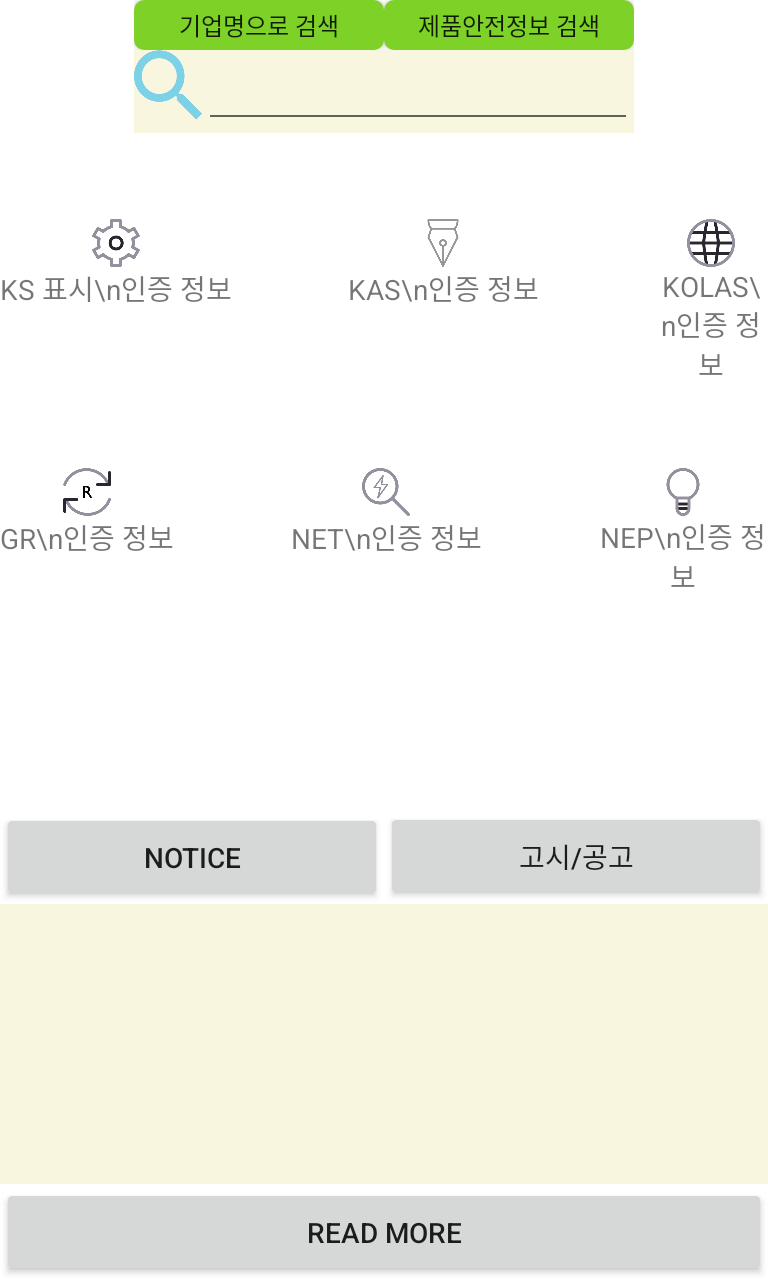
Repository: team-peony/ccfinder
Layout: android/CertifiedCompanyFinder/res/layout/fragment_main.xml
The author's editor kept a copy of each file at every save. The layout is drawn from the files as they stood at one save, then again after the next save.
It is drawn on a 768 x 1280 px phone screen (xhdpi) without system bars, with theme AppTheme; the app's code is not run. Lists and similar views that code fills are empty.

Above is the layout before, as saved 2015-02-19 17:12:50.

After the next save:
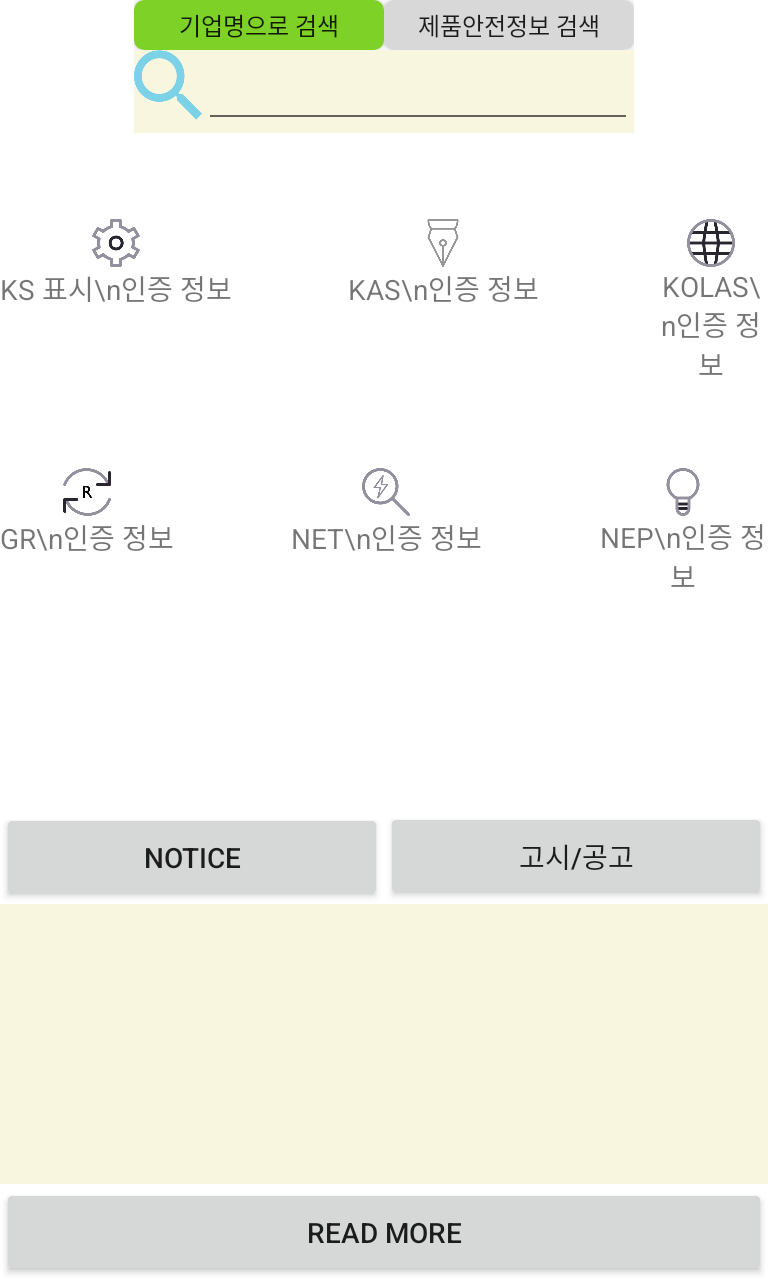
Saved 24 s later.
--- a/android/CertifiedCompanyFinder/res/drawable/search_type_unselected.xml
+++ b/android/CertifiedCompanyFinder/res/drawable/search_type_unselected.xml
@@ -1,6 +1,6 @@
 <?xml version="1.0" encoding="utf-8"?>
 <shape xmlns:android="http://schemas.android.com/apk/res/android" >
-    <solid android:color="@color/cc_color_skyblue"/>
+    <solid android:color="@color/cc_color_unselected"/>
     <corners android:radius="5dp"/>
     <padding android:left="10dp"
         android:top="10dp"
